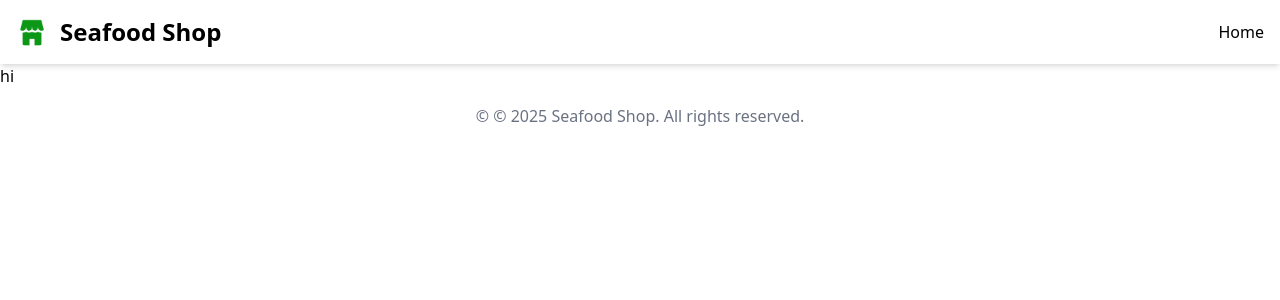
Repository: KongRucifer/SeaFood-Shop
Page: /
An editor plug-in stored every save of this project. The page is shown before and after a run of saves, followed by the edit.
The browser window is 1280 px wide. The pictures show the whole page.
The project was rebuilt for these pictures with package versions that can differ from the ones it lists, and the page was loaded fresh each time. The framework's server and built-in components were replaced by stand-ins that run in the browser. Also part of the build but not shown: next.config.ts.

Above is the page before, as saved 2025-06-24 20:57:14.

After the next 2 saves:
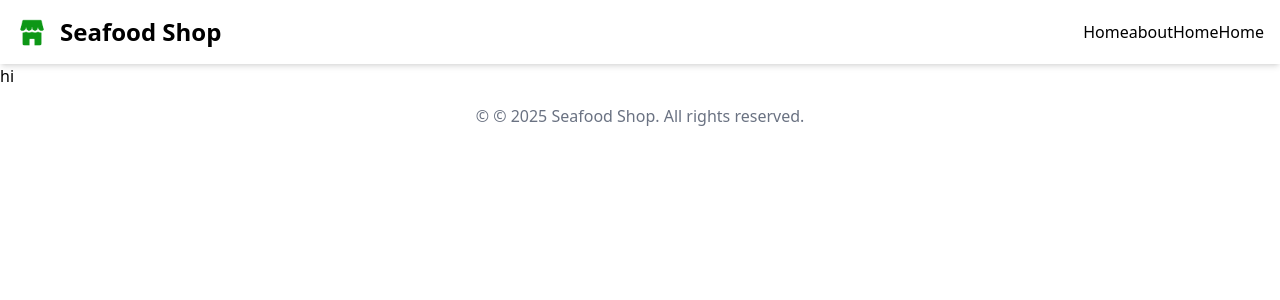
The 2 saves are shown as one change because they came seconds apart.
The last was saved 7 s later.
--- a/src/components/Navbar.tsx
+++ b/src/components/Navbar.tsx
@@ -15,6 +15,9 @@ export default function Navbar() {
         </a>
         <div className="flex md:order-2">
             <Link href="/">Home</Link>
+            <Link href="/">about</Link>
+            <Link href="/">Home</Link>
+            <Link href="/">Home</Link>
         </div>
       </div>
     </nav>
